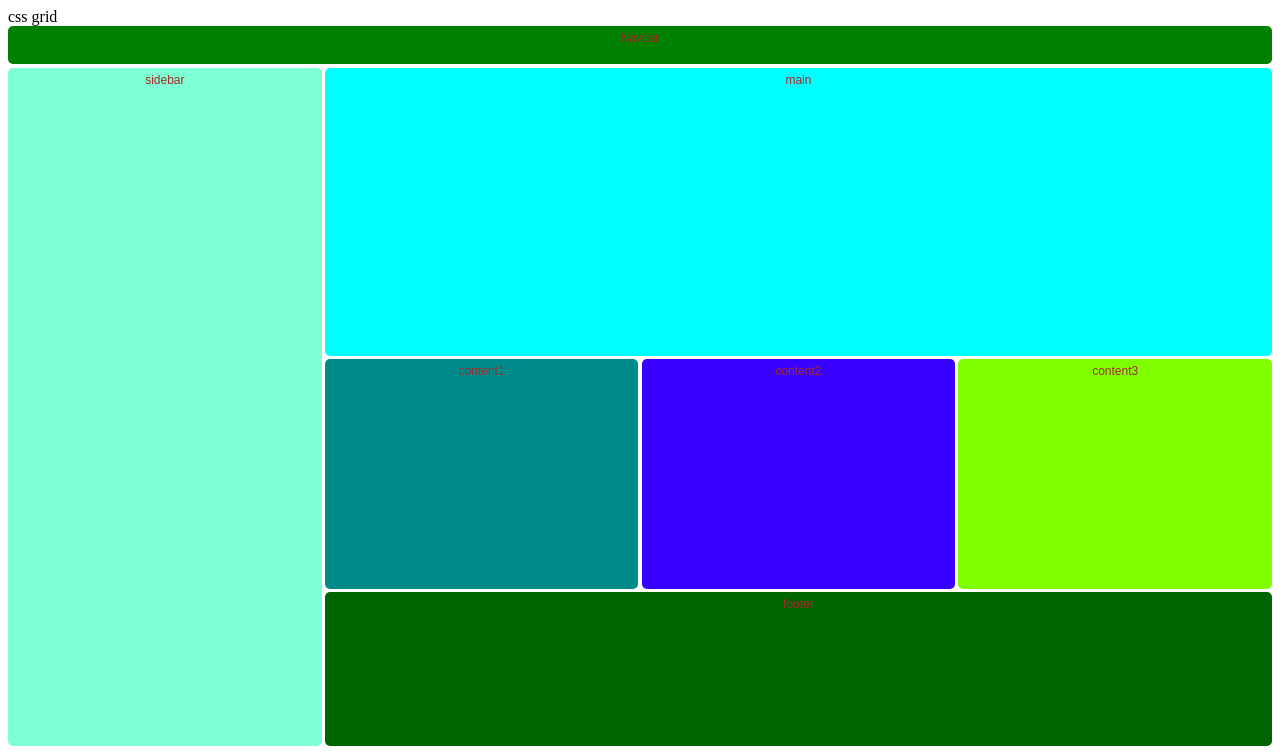
Repository: miraclesamson/cssgrid
Page: index.html
These files come from the project's save history. The page is drawn as it stood at one moment and after the next save; the edit follows.
The browser window is 1280 px wide. The pictures show the whole page.

Above is the page before, as saved 2022-06-25 05:08:44.

### index.html
<!DOCTYPE html>
<html lang="en">

<head>
    <meta charset="UTF-8">
    <meta http-equiv="X-UA-Compatible" content="IE=edge">
    <meta name="viewport" content="width=device-width, initial-scale=1.0">
    <link rel="stylesheet" href="./style.css" <title>css grid</title>
</head>

<body>
    <div class="container">
        <nav>Navbar</nav>
        <main>main</main>
        <div id="sidebar">sidebar</div>
        <div id="content1">content1</div>
        <div id="content2">content2</div>
        <div id="content3">content3</div>
        <div id="footer">footer</div>

    </div>

</body>

</html>

### style.css
:root {
  --main-radius: 5px;
  --main-padding: 5px;
}
.container {
  display: grid;
  height: 100vh;
  grid-template-columns: 1fr 1fr 1fr 1fr;
  grid-template-rows: 0.2fr 1.5fr 1.2fr 0.8fr;
  grid-template-areas:
    "nav nav nav nav"
    "sidebar main main main"
    "sidebar content1 content2 content3"
    "sidebar footer footer footer";
  grid-gap: 0.2rem;
  font-family: sans-serif;
  font-style: 800;
  text-overflow: uppercase;
  font-size: 12px;
  text-align: center;
  color: brown;
}
nav {
  background: green;
  grid-area: nav;
  border-radius: var(--main-radius);
  padding-top: var(--main-padding);
}
main {
  background: aqua;
  grid-area: main;
  border-radius: var(--main-radius);
  padding-top: var(--main-padding);
}
#sidebar {
  background: aquamarine;
  grid-area: sidebar;
  border-radius: var(--main-radius);
  padding-top: var(--main-padding);
}
#content1 {
  background: darkcyan;
  grid-area: content1;
  border-radius: var(--main-radius);
  padding-top: var(--main-padding);
}
#content2 {
  background: rgb(55, 0, 255);
  grid-area: content2;
  border-radius: var(--main-radius);
  padding-top: var(--main-padding);
}
#content3 {
  background: chartreuse;
  grid-area: content3;
  border-radius: var(--main-radius);
  padding-top: var(--main-padding);
}
#footer {
  background: darkgreen;
  grid-area: footer;
  border-radius: var(--main-radius);
  padding-top: var(--main-padding);
}
@media only screen and (max-width: 550px) {
  .container {
    grid-template-columns: 1fr;
    grid-template-rows: 0.4fr 0.4fr 2.2fr 1.2fr 1.2fr 1.2fr 1fr;
    grid-template-areas:
      "nav"
      "sidebar"
      "main"
      "content1"
      "content2"
      "content3"
      "footer";
  }
}

After the next save:
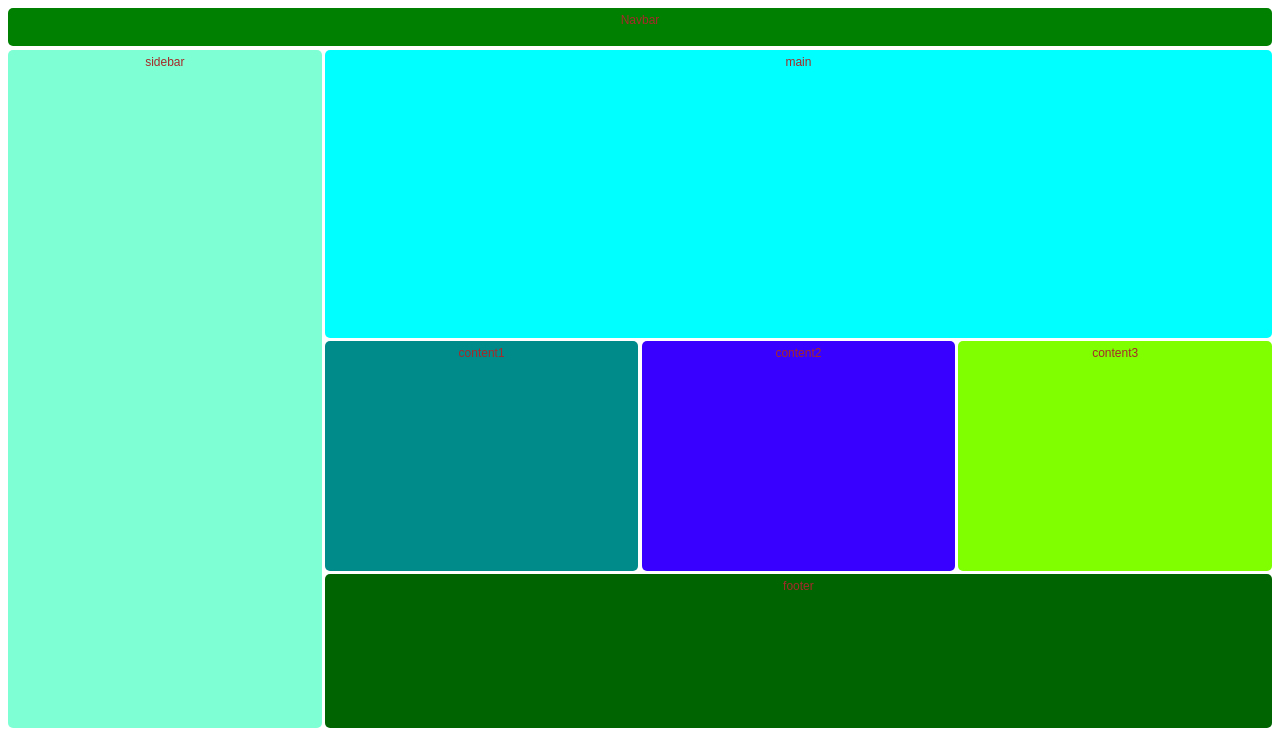
Saved 2 min 51 s later.
--- a/index.html
+++ b/index.html
@@ -5,7 +5,8 @@
     <meta charset="UTF-8">
     <meta http-equiv="X-UA-Compatible" content="IE=edge">
     <meta name="viewport" content="width=device-width, initial-scale=1.0">
-    <link rel="stylesheet" href="./style.css" <title>css grid</title>
+    <link rel="stylesheet" href="./style.css">
+    <title>css grid</title>
 </head>
 
 <body>
